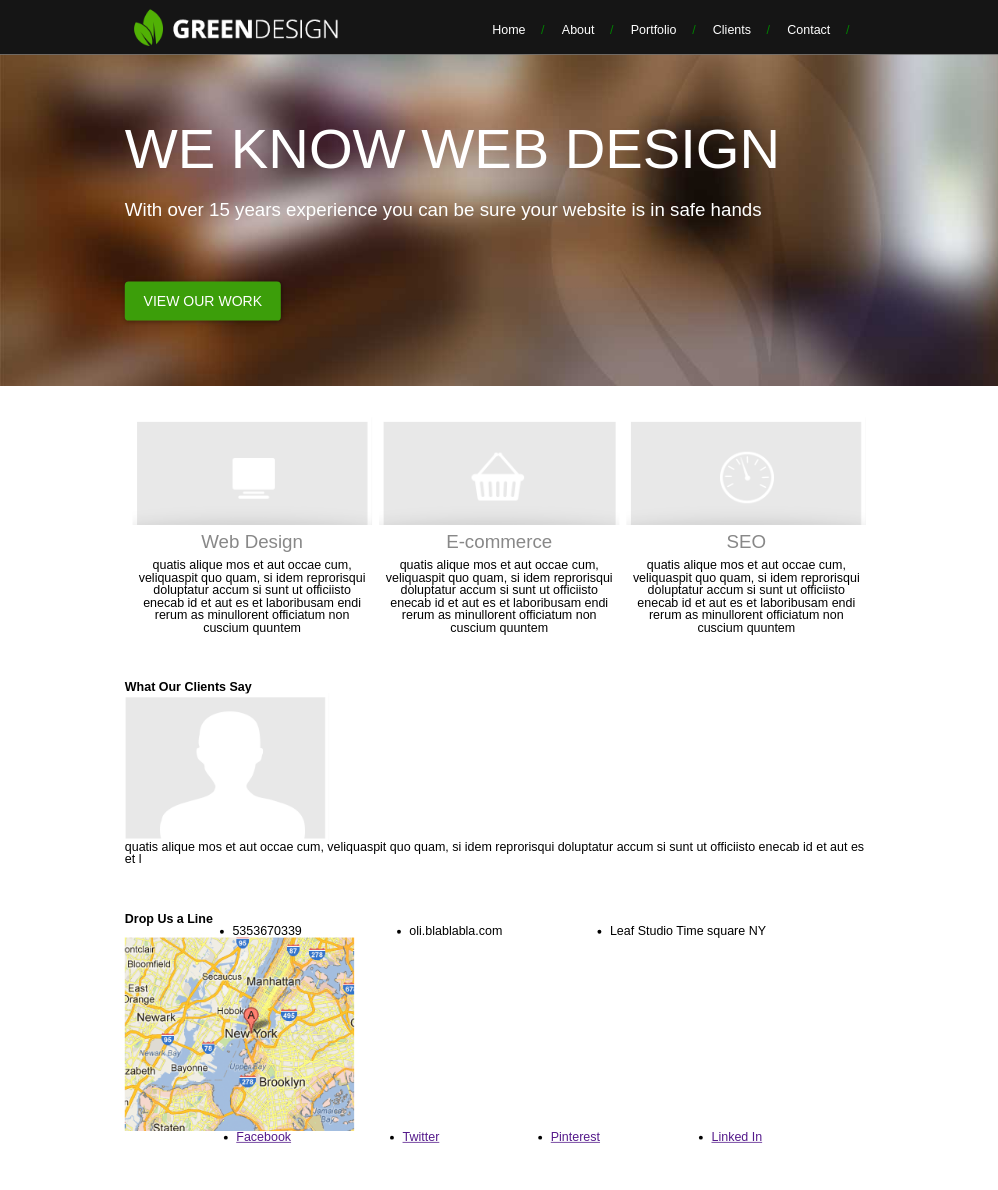
Repository: Piterwk1/psd-to-html
Page: website/index.html
These files come from the project's save history. The page is drawn as it stood at one moment and after the next save; the edit follows.
The browser window is 1280 px wide. The pictures show the whole page, at 78% of full size.

Above is the page before, as saved 2021-09-14 21:23:43.

### website/index.html
<html lang="en">

<head>
    <meta charset="UTF-8">
    <meta http-equiv="X-UA-Compatible" content="IE=edge">
    <meta name="viewport" content="width=device-width, initial-scale=1.0">
    <title>Green Design</title>
    <link rel="stylesheet" href="style.css">
</head>

<body>
    <header>
        <div class="wrapper">
            <h1 id="logo">Green Design</h1>
            <nav>
                <h2>Main Navigation</h2>
                <ul>
                    <li><a href="">Home</a><span>/</span></li>
                    <li><a href="">About</a><span>/</span></li>
                    <li><a href="">Portfolio</a><span>/</span></li>
                    <li><a href="">Clients</a><span>/</span></li>
                    <li><a href="">Contact</a><span>/</span></li>
                </ul>
            </nav>
        </div>
    </header>
    <div id="lead-banner">
        <img src="images/Baner.jpg" alt="main banner">
        <div class="banner-overlay">
            <div class="wrapper">
                <div class="banner-title">We know web Design</div>
                <p>With over 15 years experience you can be sure your website is in safe hands</p>
                <a href="">View our work</a>
            </div>
        </div>
    </div>
    <div id="main-content">

        <div class="wrapper">

            <section id="points-of-sale">
                <h2>Point of Sale</h2>
                <ul>
                    <li>
                        <img src="images/cs1.png" alt="Web Design">
                        <h3>Web Design</h3>
                        <p>quatis alique mos et aut occae cum, veliquaspit quo quam, si idem reprorisqui doluptatur
                            accum si
                            sunt ut officiisto enecab id et aut es et laboribusam endi rerum as minullorent officiatum
                            non
                            cuscium quuntem</p>
                    </li>
                    <li>
                        <img src="images/cs2.png" alt="E-commerce">
                        <h3>E-commerce</h3>
                        <p>quatis alique mos et aut occae cum, veliquaspit quo quam, si idem reprorisqui doluptatur
                            accum si
                            sunt ut officiisto enecab id et aut es et laboribusam endi rerum as minullorent officiatum
                            non
                            cuscium quuntem</p>
                    </li>
                    <li>
                        <img src="images/cs3.png" alt="SEO">
                        <h3>SEO</h3>
                        <p>quatis alique mos et aut occae cum, veliquaspit quo quam, si idem reprorisqui doluptatur
                            accum si
                            sunt ut officiisto enecab id et aut es et laboribusam endi rerum as minullorent officiatum
                            non
                            cuscium quuntem</p>
                    </li>
                </ul>
            </section>
            <section id="clients">
                <h2>What Our Clients Say</h2>
                <img src="images/head.png" alt="head">
                <!-- <img src="images/quotes.png" alt="quotes"> -->
                <blockquote>quatis alique mos et aut occae cum, veliquaspit quo quam, si idem reprorisqui doluptatur
                    accum
                    si sunt ut officiisto enecab id et aut es et l</blockquote>
            </section>
            <section id="contact">
                <h2>Drop Us a Line</h2>
                <ul id="contact-methods">
                    <li>5353670339</li>
                    <li>oli.blablabla.com</li>
                    <li>
                        <span>Leaf Studio</span>
                        <span>Time square</span>
                        <span>NY</span>
                    </li>
                </ul>
                <img src="images/map.png" alt="map">
                <ul id="social-map">
                    <li class="facebook"><a href="">Facebook</a></li>
                    <li class="twitter"><a href="">Twitter</a></li>
                    <li class="pinterest"><a href="">Pinterest</a></li>
                    <li class="linked-in"><a href="">Linked In</a></li>
                </ul>
            </section>
        </div>
    </div>
</body>

</html>

### website/style.css
html,
body,
div,
span,
object,
iframe,
h1,
h2,
h3,
h4,
h5,
h6,
p,
blockquote,
pre,
abbr,
address,
cite,
code,
del,
dfn,
em,
img,
ins,
kbd,
q,
samp,
small,
strong,
sub,
sup,
var,
b,
i,
dl,
dt,
dd,
ol,
ul,
li,
fieldset,
form,
label,
legend,
table,
caption,
tbody,
tfoot,
thead,
tr,
th,
td,
article,
aside,
canvas,
details,
figcaption,
figure,
footer,
header,
hgroup,
menu,
nav,
section,
summary,
time,
mark,
audio,
video {
  margin: 0;
  padding: 0;
  border: 0;
  outline: 0;
  font-size: 100%;
  vertical-align: baseline;
  background: transparent;
  font-family: arial;
}

body {
  line-height: 1;
}

article,
aside,
details,
figcaption,
figure,
footer,
header,
hgroup,
menu,
nav,
section {
  display: block;
}

nav ul {
  list-style: none;
}

blockquote,
q {
  quotes: none;
}

blockquote:before,
blockquote:after,
q:before,
q:after {
  content: "";
  content: none;
}

a {
  margin: 0;
  padding: 0;
  font-size: 100%;
  vertical-align: baseline;
  background: transparent;
}

/* change colours to suit your needs */
ins {
  background-color: #ff9;
  color: #000;
  text-decoration: none;
}

/* change colours to suit your needs */
mark {
  background-color: #ff9;
  color: #000;
  font-style: italic;
  font-weight: bold;
}

del {
  text-decoration: line-through;
}

abbr[title],
dfn[title] {
  border-bottom: 1px dotted;
  cursor: help;
}

table {
  border-collapse: collapse;
  border-spacing: 0;
}

/* change border colour to suit your needs */
hr {
  display: block;
  height: 1px;
  border: 0;
  border-top: 1px solid #cccccc;
  margin: 1em 0;
  padding: 0;
}

input,
select {
  vertical-align: middle;
}

header div {
  display: flex;
  justify-content: space-between;
  width: 100%;
  max-width: 960px;
  margin: 0 auto;
}

.wrapper {
  width: 100%;
  max-width: 960px;
  margin: 0 auto;
}

header {
  background: #151515;
}

#logo {
  background: url(images/Logo.png) no-repeat;
  height: 70px;
  width: 280px;
  text-indent: -100000px;
}

header nav {
  margin-top: 30px;
  margin-right: 20px;
  width: 50%;
}

header nav h2 {
  height: 0;
  text-indent: -100000px;
}
header nav a {
  color: #fff;
  text-decoration: none;
  font-family: arial;
}

header nav ul {
  display: flex;
  justify-content: space-around;
}

header nav span {
  color: green;
  margin-left: 20px;
}

#lead-banner img {
  width: 100%;
}

#lead-banner {
  max-height: 440px;
  overflow: hidden;
  position: relative;
}

.banner-overlay {
  position: absolute;
  top: 20%;
  width: 100%;
}

.banner-title {
  color: #fff;
  text-transform: uppercase;
  font-size: 72px;
}

#lead-banner p {
  color: #fff;
  font-size: 24px;
  min-width: 600px;
  margin-top: 30px;
}

#lead-banner a {
  color: #fff;
  display: block;
  width: 200px;
  font-size: 18px;
  text-align: center;
  padding: 16px 0;
  text-decoration: none;
  text-transform: uppercase;
  border-radius: 5px;
  margin-top: 80px;
  box-shadow: 1px 1px 6px rgba(0, 0, 0, 0.4);

  /* Permalink - use to edit and share this gradient: https://colorzilla.com/gradient-editor/#3c9e0a+0,3c9e0a+100 */
  background: #3c9e0a; /* Old browsers */
  background: -moz-linear-gradient(
    top,
    #3c9e0a 0%,
    #3c9e0a 100%
  ); /* FF3.6-15 */
  background: -webkit-linear-gradient(
    top,
    #3c9e0a 0%,
    #3c9e0a 100%
  ); /* Chrome10-25,Safari5.1-6 */
  background: linear-gradient(
    to bottom,
    #3c9e0a 0%,
    #3c9e0a 100%
  ); /* W3C, IE10+, FF16+, Chrome26+, Opera12+, Safari7+ */
  filter: progid:DXImageTransform.Microsoft.gradient( startColorstr='#3c9e0a', endColorstr='#3c9e0a',GradientType=0 ); /* IE6-9 */
}

section {
    margin: 40px 0 60px;
}

section#points-of-sale ul {
    list-style: none;
}

#points-of-sale h2 {
    height: 0;
    text-indent: -10000px;
}

section ul {
    display: flex;
    justify-content: space-evenly;
}

#points-of-sale li {
    width: 32%;
}

#points-of-sale li img {
    width: 100%;
}

#points-of-sale li h3 {

    text-align: center;
    color:  #888;
    font-size: 24px;
    font-weight: normal;
    margin: 10px  10px;
}

#points-of-sale p {
    text-align: center;
}

After the next save:
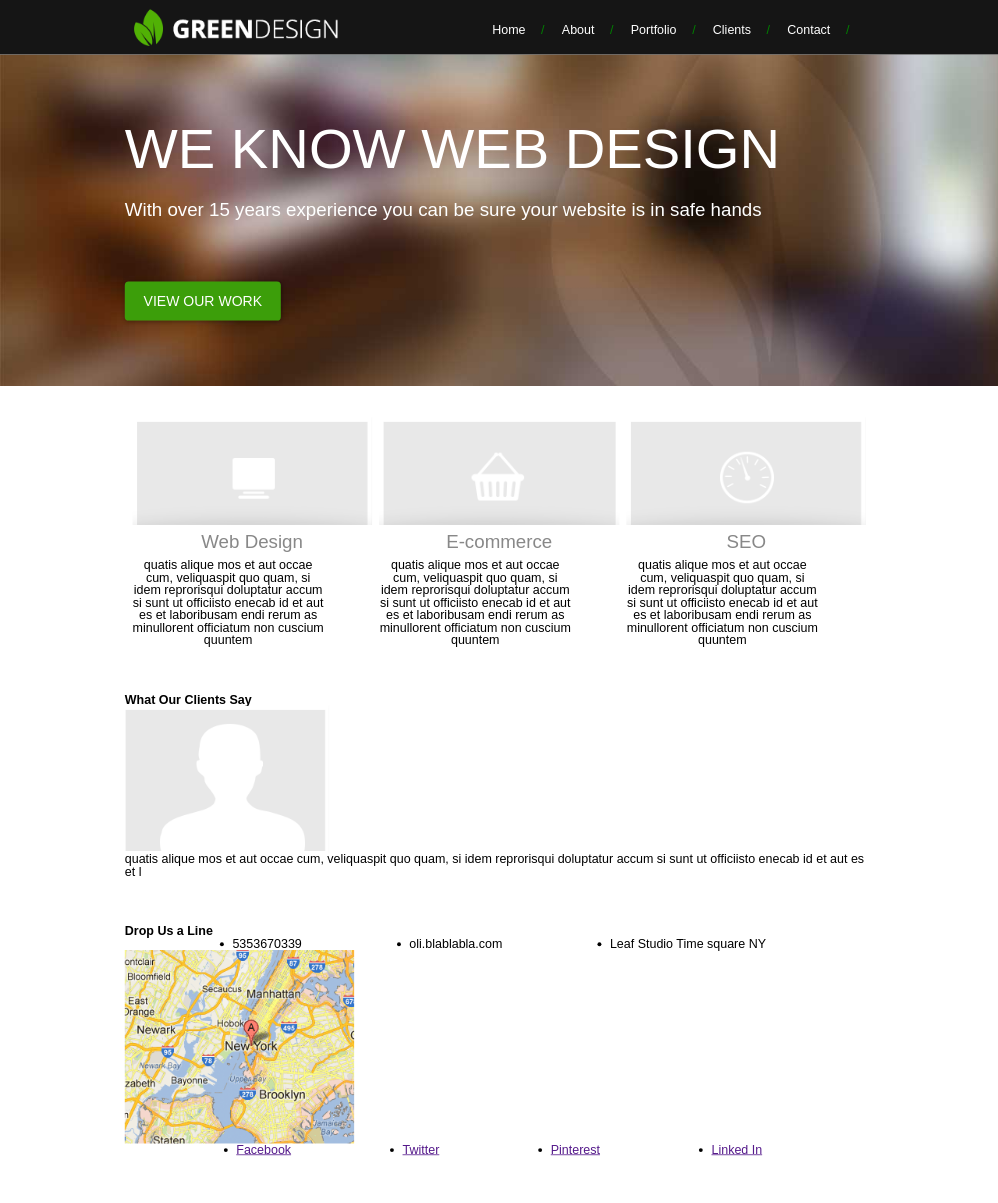
Saved 18 s later.
--- a/website/style.css
+++ b/website/style.css
@@ -315,4 +315,5 @@ section ul {
 
 #points-of-sale p {
     text-align: center;
-}
+    width: 80%;
+}
